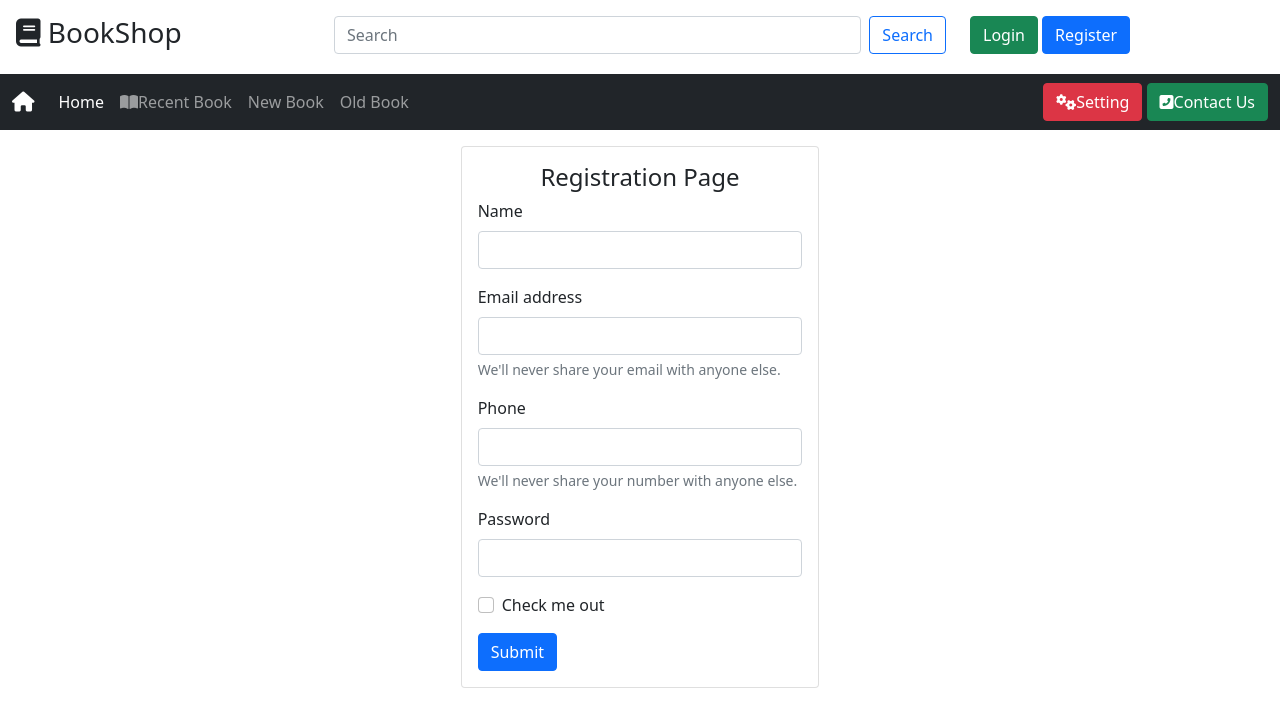
Repository: Abhishekverma23797/BookShopApp
Page: http://localhost/Ebook-App/Register.jsp
These files come from the project's save history. The page is drawn as it stood at one moment and after the next save; the edit follows.
The browser window is 1280 px wide. The pictures show the whole page.
The page is served by Tomcat 9.

Above is the page before, as saved 2021-12-07 12:01:18.

After the next save:
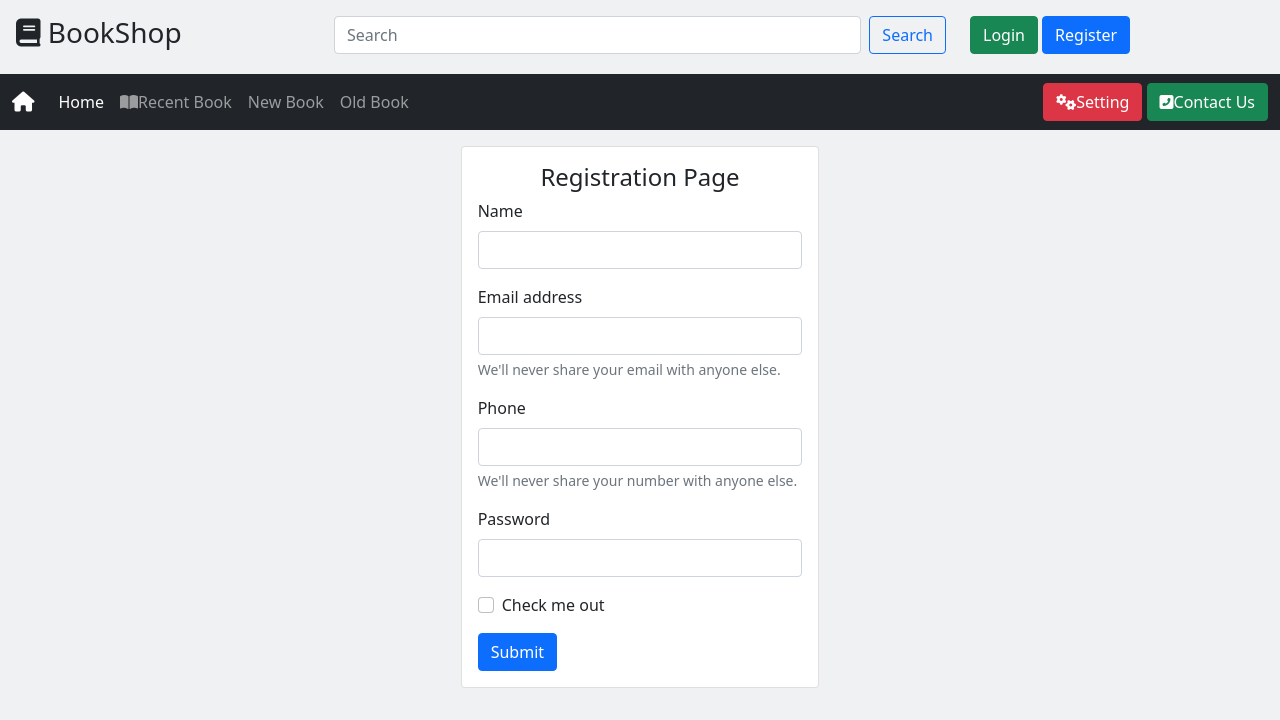
Saved 60 s later.
--- a/Ebook-App/src/main/webapp/Register.jsp
+++ b/Ebook-App/src/main/webapp/Register.jsp
@@ -7,7 +7,7 @@
 <title>BookShop: Register</title>
 <%@include file="All_Component/AllCss.jsp"%>
 </head>
-<body>
+<body style="background-color: #f0f1f2">
 	<%@include file="All_Component/navbar.jsp"%>
 
 
